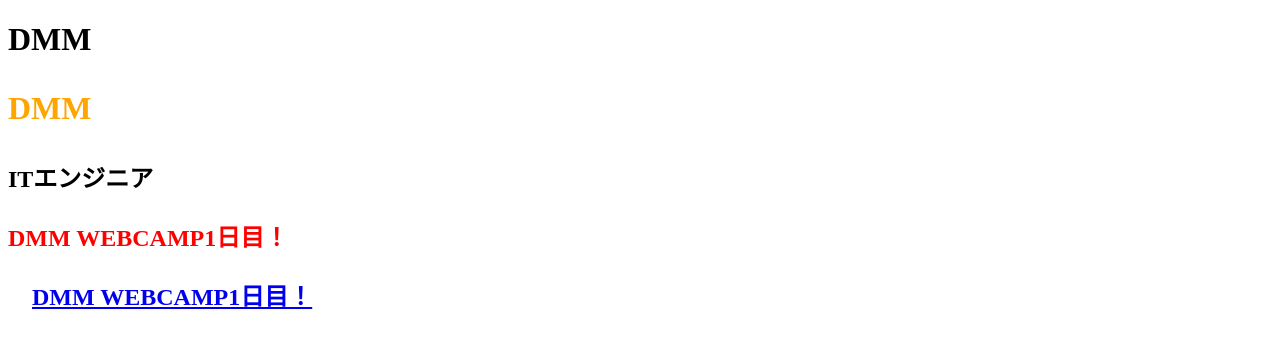
Repository: sunny0105yoko/bookers2-debug
Page: sample/sample.html
The author's editor kept a record of every edit. The page is drawn from the files as they stood at one moment, then again after the next edit.
The browser window is 1280 px wide. The pictures show the whole page.

Above is the page before.

### sample/sample.html
<!DOCTYPE HTML>
<html lang="ja">
  <head>
    <meta charset="UTF-8" />
    <title>初めてのHTML</title>

    <link rel="stylesheet" href="style.css" />
  <body>
    <h1>DMM
    <p class="word-orange">DMM</p>
    </h1>
    <h2>ITエンジニア
  　<p class="word-red">DMM WEBCAMP1日目！</p>
  　<a href="https://web-camp.online/lesson/curriculums/283/contents/2646">DMM WEBCAMP1日目！</a>


</html>

### sample/style.css
.word-red {
  color: red;
}
.word-orange {
  color: orange;
}

After the next edit:
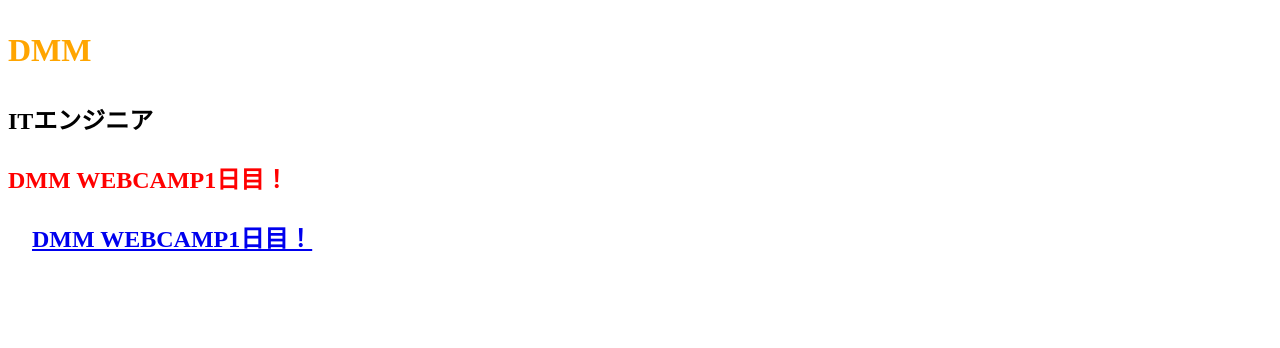
The edit:
--- a/sample/sample.html
+++ b/sample/sample.html
@@ -6,7 +6,7 @@
 
     <link rel="stylesheet" href="style.css" />
   <body>
-    <h1>DMM
+    <h1>
     <p class="word-orange">DMM</p>
     </h1>
     <h2>ITエンジニア
